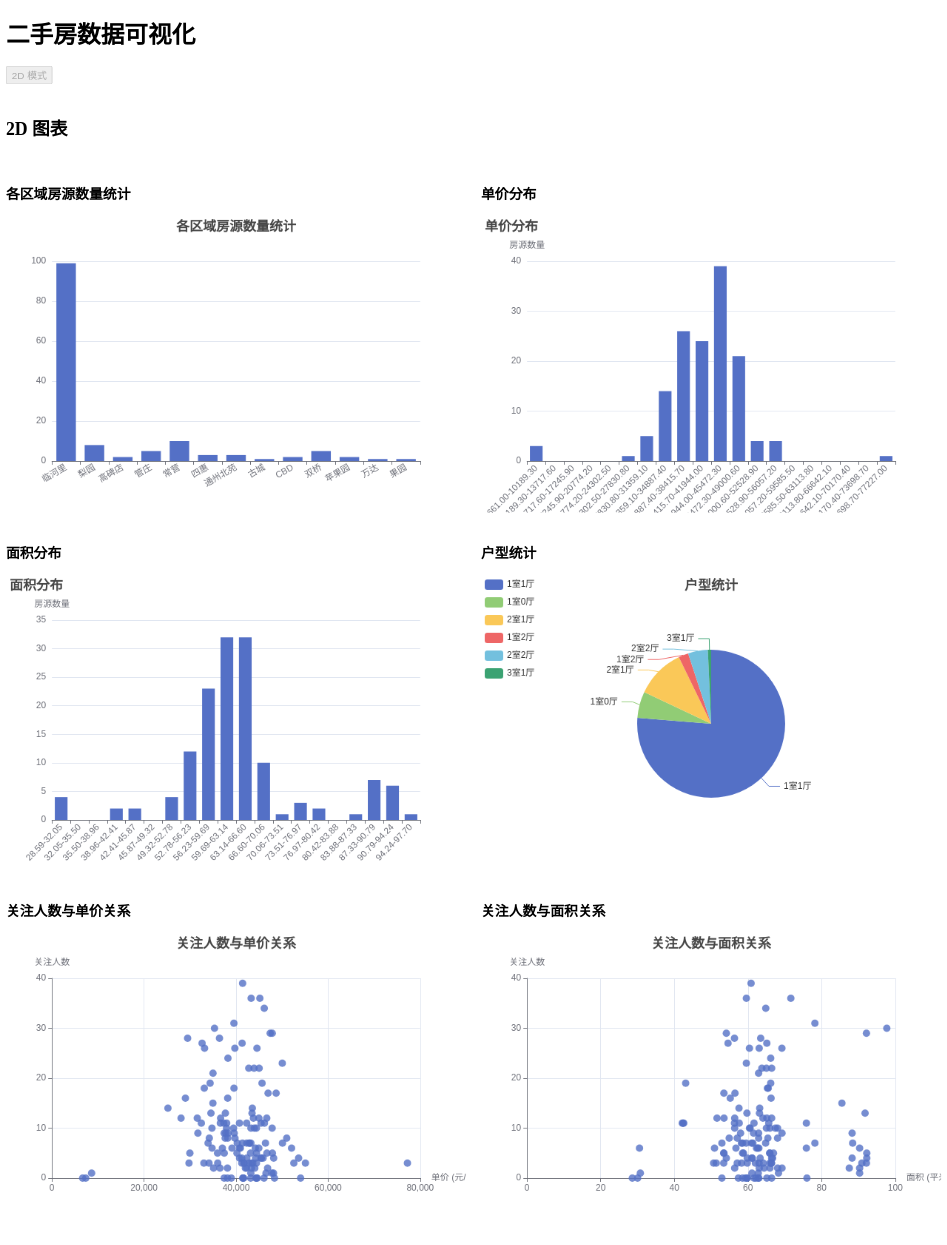
Repository: sakimi-9/DPV-SHP_BeiJing
Page: / (app in py_crawler/rendering/)
The author's editor kept a copy of each file at every save. The page is drawn from the files as they stood at one save, then again after the next save.
The browser window is 1280 px wide. The pictures show the whole page, at 74% of full size.
The project was rebuilt for these pictures with package versions that can differ from the ones it lists, and the page was loaded fresh each time. Also part of the build but not shown: py_crawler/rendering/vite.config.ts.

Above is the page before, as saved 2025-05-22 15:51:03.

### py_crawler/rendering/index.html
<!DOCTYPE html>
<html lang="en">

<head>
    <meta charset="UTF-8">
    <link rel="icon" href="/favicon.ico">
    <meta name="viewport" content="width=device-width, initial-scale=1.0">
    <title>二手房数据可视化</title>
</head>

<body>
    <div id="app"></div>
    <script type="module" src="/src/main.ts"></script>
</body>

</html>

### py_crawler/rendering/src/App.vue
<template>
  <div>
    <h1>二手房数据可视化</h1>

    <!-- 模式切换 UI -->
    <div>
      <button @click="currentMode = '2D'" :disabled="currentMode === '2D'">2D 模式</button>
    </div>

    <!-- 2D 图表区域 -->
    <TwoDCharts v-if="currentMode === '2D'" :house-data="houseData" />
  </div>
</template>

<script setup lang="ts">
import { ref, onMounted } from 'vue';

// 导入新组件
import TwoDCharts from './components/TwoDCharts.vue';

// 定义解析后的房源数据接口 (保留接口定义，添加经纬度)
interface ParsedHouse {
  房源标题: string;
  室: number | null;
  厅: number | null;
  面积: number | null; // 平米
  朝向: string | null;
  装修: string | null;
  楼层信息: string | null; // 例如 "中楼层"
  总楼层: number | null;
  建筑年份: number | null; // 例如 2012
  建筑类型: string | null; // 例如 "板塔结合"
  小区名称: string | null;
  所在区域: string | null; // 例如 "临河里"
  单价: number | null; // 元/平
  关注人数: number | null;
  发布时间: string | null; // 例如 "2个月以前发布"
  标签: string[];
  // 添加经纬度信息
  location?: { lng: number; lat: number };
}

// 数据解析函数 (修改：查找并添加经纬度)
function parseHouseData(rawData: any[]): ParsedHouse[] {
  const parsedData: ParsedHouse[] = [];

  rawData.forEach(item => {
    const parsedItem: ParsedHouse = {
      房源标题: item['房源'] || '',
      室: null,
      厅: null,
      面积: null,
      朝向: null,
      装修: null,
      楼层信息: null,
      总楼层: null,
      建筑年份: null,
      建筑类型: null,
      小区名称: null,
      所在区域: null,
      单价: null,
      关注人数: null,
      发布时间: item['关注人数和发布时间'] ? item['关注人数和发布时间'].split(' / ')[1]?.trim() || null : null,
      标签: item['标签'] ? item['标签'].split(' ').filter((tag: string) => tag.trim() !== '') : [],
    };

    const houseInfoParts = item['房子信息'] ? item['房子信息'].split(' | ').map((part: string) => part.trim()) : [];
    houseInfoParts.forEach((part: string) => {
      if (part.includes('室') && part.includes('厅')) {
        const match = part.match(/(\d+)室(\d+)厅/);
        if (match) {
          parsedItem.室 = parseInt(match[1], 10);
          parsedItem.厅 = parseInt(match[2], 10);
        }
      } else if (part.includes('平米')) {
        const match = part.match(/([\d\.]+)平米/);
        if (match) {
          parsedItem.面积 = parseFloat(match[1]);
        }
      } else if (part.includes('层') && part.includes('共')) {
        const match = part.match(/(.+)\(共(\d+)层\)/);
        if (match) {
          parsedItem.楼层信息 = match[1].trim();
          parsedItem.总楼层 = parseInt(match[2], 10);
        } else {
          const totalFloorsMatch = part.match(/(\d+)层/);
          if (totalFloorsMatch) {
            parsedItem.总楼层 = parseInt(totalFloorsMatch[1], 10);
          }
        }
      } else if (part.match(/\d{4}年/)) {
        parsedItem.建筑年份 = parseInt(part, 10);
      } else if (part === '板楼' || part === '塔楼' || part === '板塔结合') {
        parsedItem.建筑类型 = part;
      } else if (['东', '南', '西', '北', '东南', '东北', '西南', '西北'].some(dir => part.includes(dir))) {
        parsedItem.朝向 = part;
      } else if (['毛坯', '简装', '精装', '其他'].some(dec => part.includes(dec))) {
        parsedItem.装修 = part;
      }
    });

    const areaParts = item['所在区域'] ? item['所在区域'].split('  ').map((part: string) => part.trim()) : [];
    if (areaParts.length > 0) {
      parsedItem.小区名称 = areaParts[0];
      if (areaParts.length > 1) {
        parsedItem.所在区域 = areaParts[1];
      }
    }

    const priceMatch = item['单价'] ? item['单价'].replace(',', '').match(/([\d\.]+)元\/平/) : null;
    if (priceMatch) {
      parsedItem.单价 = parseFloat(priceMatch[1]);
    }

    const followTimeParts = item['关注人数和发布时间'] ? item['关注人数和发布时间'].split(' / ').map((part: string) => part.trim()) : [];
    if (followTimeParts.length > 0) {
      const followMatch = followTimeParts[0].match(/(\d+)人关注/);
      if (followMatch) {
        parsedItem.关注人数 = parseInt(followMatch[1], 10);
      }
    }

    parsedData.push(parsedItem);
  });

  return parsedData; // Return all parsed data
}

// Define a ref to store the parsed data
const houseData = ref<ParsedHouse[] | null>(null);

// 定义当前模式状态
const currentMode = ref<'2D'>('2D'); // Only 2D mode is available now

// 数据加载逻辑 (修改：先加载经纬度，再加载房源数据)
onMounted(async () => {
  try {
    const response = await fetch('/house_data.json');
    if (!response.ok) {
      throw new Error(`HTTP error! status: ${response.status}`);
    }
    const rawHouseData = await response.json();
    // 解析房源数据时传入经纬度 Map
    houseData.value = parseHouseData(rawHouseData);

    console.log('解析后的数据并存储:', houseData.value);

  } catch (error) {
    console.error('Error loading or processing data:', error);
  }
});

// 显式导出响应式变量 (可能有助于类型检查)
// export { houseData, currentMode };

</script>

<style scoped>
/* 只保留 App.vue 自己的样式 */
div {
  margin-bottom: 20px;
}

button {
  margin-right: 10px;
}

/* 移除迁移到 TwoDCharts.vue 的样式 */
</style>

### py_crawler/rendering/src/components/TwoDCharts.vue
<template>
    <div class="charts-2d-container">
        <h2>2D 图表</h2>

        <!-- 各区域房源数量统计 和 单价分布直方图 -->
        <div class="chart-row">
            <div class="chart-item">
                <h3>各区域房源数量统计</h3>
                <div ref="areaChartContainer" style="width: 100%; height: 400px;"></div>
            </div>
            <div class="chart-item">
                <h3>单价分布</h3>
                <div ref="priceHistContainer" style="width: 100%; height: 400px;"></div>
            </div>
        </div>

        <!-- 面积分布直方图 和 户型统计 -->
        <div class="chart-row">
            <div class="chart-item">
                <h3>面积分布</h3>
                <div ref="areaHistContainer" style="width: 100%; height: 400px;"></div>
            </div>
            <div class="chart-item">
                <h3>户型统计</h3>
                <div ref="unitTypeChartContainer" style="width: 100%; height: 400px;"></div>
            </div>
        </div>

        <!-- 关注人数与单价散点图 和 关注人数与面积散点图 -->
        <div class="chart-row">
            <div class="chart-item">
                <h3>关注人数与单价关系</h3>
                <div ref="followPriceScatterContainer" style="width: 100%; height: 400px;"></div>
            </div>
            <div class="chart-item">
                <h3>关注人数与面积关系</h3>
                <div ref="followAreaScatterContainer" style="width: 100%; height: 400px;"></div>
            </div>
        </div>

    </div>
</template>

<script setup lang="ts">
import { ref, onMounted, watch } from 'vue';
import * as echarts from 'echarts/core';
// Import the necessary components and charts
import { BarChart, PieChart, ScatterChart } from 'echarts/charts';
import { GridComponent, TooltipComponent, LegendComponent, TitleComponent } from 'echarts/components';
import { CanvasRenderer } from 'echarts/renderers';

echarts.use([
    BarChart,
    PieChart,
    ScatterChart,
    GridComponent,
    TooltipComponent,
    LegendComponent,
    TitleComponent,
    CanvasRenderer,
]);

// 定义解析后的房源数据接口
interface ParsedHouse {
    房源标题: string;
    室: number | null;
    厅: number | null;
    面积: number | null; // 平米
    朝向: string | null;
    装修: string | null;
    楼层信息: string | null; // 例如 "中楼层"
    总楼层: number | null;
    建筑年份: number | null; // 例如 2012
    建筑类型: string | null; // 例如 "板塔结合"
    小区名称: string | null;
    所在区域: string | null; // 例如 "临河里"
    单价: number | null; // 元/平
    关注人数: number | null;
    发布时间: string | null; // 例如 "2个月以前发布"
    标签: string[];
}

// 定义接收的 props
const props = defineProps<{ houseData: ParsedHouse[] | null }>();

// 定义图表容器的引用
const areaChartContainer = ref<HTMLElement | null>(null);
const priceHistContainer = ref<HTMLElement | null>(null);
const areaHistContainer = ref<HTMLElement | null>(null);
const unitTypeChartContainer = ref<HTMLElement | null>(null);
const followPriceScatterContainer = ref<HTMLElement | null>(null);
const followAreaScatterContainer = ref<HTMLElement | null>(null);

// 绘制各区域房源数量统计图
function renderAreaChart(chartElement: HTMLElement, data: ParsedHouse[]) {
    const areaCounts: { [key: string]: number } = {};
    data.forEach((item: ParsedHouse) => {
        if (item.所在区域) {
            areaCounts[item.所在区域] = (areaCounts[item.所在区域] || 0) + 1;
        }
    });

    const areas = Object.keys(areaCounts);
    const counts = Object.values(areaCounts);

    const myChart = echarts.init(chartElement);
    const option = {
        title: {
            text: '各区域房源数量统计',
            left: 'center'
        },
        tooltip: {},
        xAxis: {
            type: 'category',
            data: areas,
            axisLabel: { // 旋转 x 轴标签，避免重叠
                interval: 0,
                rotate: 30,
                overflow: 'breakAll',
                ellipsis: '...'
            }
        },
        yAxis: {
            type: 'value'
        },
        series: [
            {
                name: '房源数量',
                type: 'bar',
                data: counts
            }
        ]
    };
    myChart.setOption(option);
}

// Function to draw the unit price distribution histogram
const drawUnitPriceDistributionChart = (chartElement: HTMLElement, parsedData: ParsedHouse[]) => {
    const prices = parsedData
        .map(house => house.单价)
        .filter((price): price is number => price !== null && !isNaN(price)); // Filter out null/NaN values

    if (prices.length === 0) {
        console.warn("No valid price data to draw histogram.");
        echarts.dispose(chartElement);
        chartElement.innerHTML = '<p>暂无单价分布数据</p>';
        return;
    }

    const numBins = 20;
    const minPrice = Math.min(...prices);
    const maxPrice = Math.max(...prices);
    const binRange = (maxPrice - minPrice) / numBins;

    const bins: { interval: [number, number], count: number }[] = [];
    for (let i = 0; i < numBins; i++) {
        bins.push({ interval: [minPrice + i * binRange, minPrice + (i + 1) * binRange], count: 0 });
    }

    if (maxPrice > bins[numBins - 1].interval[1]) {
        bins[numBins - 1].interval[1] = maxPrice;
    }


    prices.forEach(price => {
        for (let i = 0; i < numBins; i++) {
            if (price >= bins[i].interval[0] && (price < bins[i].interval[1] || (i === numBins - 1 && price <= bins[i].interval[1]))) {
                bins[i].count++;
                break;
            }
        }
    });

    const chart = echarts.init(chartElement);
    const options = {
        title: { text: '单价分布' },
        tooltip: {
            formatter: function (params: any) {
                const bin = bins.find(b => `${b.interval[0].toFixed(2)}-${b.interval[1].toFixed(2)}` === params.name);
                if (bin) {
                    return `单价范围: ${bin.interval[0].toFixed(2)}-${bin.interval[1].toFixed(2)}<br/>房源数量: ${bin.count}`;
                }
                return params.name + '<br/>' + params.seriesName + ': ' + params.value;
            }
        },
        xAxis: {
            type: 'category',
            data: bins.map(bin => `${bin.interval[0].toFixed(2)}-${bin.interval[1].toFixed(2)}`),
            axisLabel: {
                interval: 0,
                rotate: 45,
                overflow: 'breakAll',
                ellipsis: '...'
            }
        },
        yAxis: { type: 'value', name: '房源数量' },
        series: [{
            name: '房源数量',
            data: bins.map(bin => bin.count),
            type: 'bar'
        }]
    };
    chart.setOption(options);
};

// Function to draw the size distribution histogram
const drawSizeDistributionChart = (chartElement: HTMLElement, parsedData: ParsedHouse[]) => {
    const sizes = parsedData
        .map(house => house.面积)
        .filter((size): size is number => size !== null && !isNaN(size)); // Filter out null/NaN values

    if (sizes.length === 0) {
        console.warn("No valid size data to draw histogram.");
        echarts.dispose(chartElement);
        chartElement.innerHTML = '<p>暂无面积分布数据</p>';
        return;
    }

    const numBins = 20;
    const minSize = Math.min(...sizes);
    const maxSize = Math.max(...sizes);
    const binRange = (maxSize - minSize) / numBins;

    const bins: { interval: [number, number], count: number }[] = [];
    for (let i = 0; i < numBins; i++) {
        bins.push({ interval: [minSize + i * binRange, minSize + (i + 1) * binRange], count: 0 });
    }

    if (maxSize > bins[numBins - 1].interval[1]) {
        bins[numBins - 1].interval[1] = maxSize;
    }


    sizes.forEach(size => {
        for (let i = 0; i < numBins; i++) {
            if (size >= bins[i].interval[0] && (size < bins[i].interval[1] || (i === numBins - 1 && size <= bins[i].interval[1]))) {
                bins[i].count++;
                break;
            }
        }
    });


    const chart = echarts.init(chartElement);
    const options = {
        title: { text: '面积分布' },
        tooltip: {
            formatter: function (params: any) {
                const bin = bins.find(b => `${b.interval[0].toFixed(2)}-${b.interval[1].toFixed(2)}` === params.name);
                if (bin) {
                    return `面积范围: ${bin.interval[0].toFixed(2)}-${bin.interval[1].toFixed(2)}<br/>房源数量: ${bin.count}`;
                }
                return params.name + '<br/>' + params.seriesName + ': ' + params.value;
            }
        },
        xAxis: {
            type: 'category',
            data: bins.map(bin => `${bin.interval[0].toFixed(2)}-${bin.interval[1].toFixed(2)}`),
            axisLabel: {
                interval: 0,
                rotate: 45,
                overflow: 'breakAll',
                ellipsis: '...'
            }
        },
        yAxis: { type: 'value', name: '房源数量' },
        series: [{
            name: '房源数量',
            data: bins.map(bin => bin.count),
            type: 'bar'
        }]
    };
    chart.setOption(options);
};

// 绘制户型统计图 (饼图示例)
function renderUnitTypeChart(chartElement: HTMLElement, data: ParsedHouse[]) {
    const unitTypeCounts: { [key: string]: number } = {};
    data.forEach((item: ParsedHouse) => {
        if (item.室 !== null && item.厅 !== null) {
            const unitType = `${item.室}室${item.厅}厅`;
            unitTypeCounts[unitType] = (unitTypeCounts[unitType] || 0) + 1;
        } else if (item.室 !== null) { // 只有室的情况
            const unitType = `${item.室}室`;
            unitTypeCounts[unitType] = (unitTypeCounts[unitType] || 0) + 1;
        } else if (item.厅 !== null) { // 只有厅的情况
            const unitType = `${item.厅}厅`;
            unitTypeCounts[unitType] = (unitTypeCounts[unitType] || 0) + 1;
        }
    });

    const chartData = Object.keys(unitTypeCounts).map(type => ({
        name: type,
        value: unitTypeCounts[type]
    }));

    const myChart = echarts.init(chartElement);
    const option = {
        title: {
            text: '户型统计',
            left: 'center'
        },
        tooltip: {
            trigger: 'item'
        },
        legend: {
            orient: 'vertical',
            left: 'left'
        },
        series: [
            {
                name: '户型',
                type: 'pie',
                radius: '50%',
                data: chartData,
                emphasis: {
                    itemStyle: {
                        shadowBlur: 10,
                        shadowOffsetX: 0,
                        shadowColor: 'rgba(0, 0, 0, 0.5)'
                    }
                }
            }
        ]
    };
    myChart.setOption(option);
}

// 绘制关注人数与单价散点图
function renderFollowPriceScatter(chartElement: HTMLElement, data: ParsedHouse[]) {
    const scatterData = data
        .filter(item => item.关注人数 !== null && item.单价 !== null)
        .map(item => [item.单价, item.关注人数]); // [x: 单价, y: 关注人数]

    const myChart = echarts.init(chartElement);
    const option = {
        title: {
            text: '关注人数与单价关系',
            left: 'center'
        },
        tooltip: {
            trigger: 'axis',
            axisPointer: {
                type: 'shadow'
            },
            formatter: function (params: any) {
                const item = params[0];
                const originalItem = data.find(d => d.单价 === item.value[0] && d.关注人数 === item.value[1]);
                if (originalItem) {
                    return `房源: ${originalItem.房源标题}<br/>单价: ${item.value[0]} 元/平<br/>关注人数: ${item.value[1]} 人`;
                } else {
                    return `单价: ${item.value[0]} 元/平<br/>关注人数: ${item.value[1]} 人`;
                }
            }
        },
        xAxis: {
            type: 'value',
            name: '单价 (元/平)',
            axisLabel: {
                formatter: '{value}'
            }
        },
        yAxis: {
            type: 'value',
            name: '关注人数',
            axisLabel: {
                formatter: '{value}'
            }
        },
        series: [
            {
                name: '房源',
                type: 'scatter',
                data: scatterData
            }
        ]
    };
    myChart.setOption(option);
}

// 绘制关注人数与面积散点图
function renderFollowAreaScatter(chartElement: HTMLElement, data: ParsedHouse[]) {
    const scatterData = data
        .filter(item => item.关注人数 !== null && item.面积 !== null)
        .map(item => [item.面积, item.关注人数]); // [x: 面积, y: 关注人数]

    const myChart = echarts.init(chartElement);
    const option = {
        title: {
            text: '关注人数与面积关系',
            left: 'center'
        },
        tooltip: {
            trigger: 'axis',
            axisPointer: {
                type: 'shadow'
            },
            formatter: function (params: any) {
                const item = params[0];
                const originalItem = data.find(d => d.面积 === item.value[0] && d.关注人数 === item.value[1]);
                if (originalItem) {
                    return `房源: ${originalItem.房源标题}<br/>面积: ${item.value[0]} 平米<br/>关注人数: ${item.value[1]} 人`;
                } else {
                    return `面积: ${item.value[0]} 平米<br/>关注人数: ${item.value[1]} 人`;
                }
            }
        },
        xAxis: {
            type: 'value',
            name: '面积 (平米)',
            axisLabel: {
                formatter: '{value}'
            }
        },
        yAxis: {
            type: 'value',
            name: '关注人数',
            axisLabel: {
                formatter: '{value}'
            }
        },
        series: [
            {
                name: '房源',
                type: 'scatter',
                data: scatterData
            }
        ]
    };
    myChart.setOption(option);
}

// Watch for changes in the houseData prop and redraw charts
watch(() => props.houseData, (newData) => {
    if (newData) {
        // Need to wait for the DOM elements to be available
        if (areaChartContainer.value) renderAreaChart(areaChartContainer.value as HTMLElement, newData);
        if (priceHistContainer.value) drawUnitPriceDistributionChart(priceHistContainer.value as HTMLElement, newData);
        if (areaHistContainer.value) drawSizeDistributionChart(areaHistContainer.value as HTMLElement, newData);
        if (unitTypeChartContainer.value) renderUnitTypeChart(unitTypeChartContainer.value as HTMLElement, newData);
        if (followPriceScatterContainer.value) renderFollowPriceScatter(followPriceScatterContainer.value as HTMLElement, newData);
        if (followAreaScatterContainer.value) renderFollowAreaScatter(followAreaScatterContainer.value as HTMLElement, newData);
    }
}, { immediate: true }); // Use immediate: true to draw charts on initial data load

</script>

<style scoped>
.charts-2d-container {
    display: flex;
    flex-direction: column;
    gap: 20px;
}

.chart-row {
    display: flex;
    gap: 20px;
}

.chart-item {
    flex: 1;
    min-width: 0;
}

.chart-item>div {
    width: 100%;
}
</style>

Loaded but not shown: py_crawler/rendering/src/main.ts (common file); py_crawler/rendering/public/house_data.json (1138 lines, source omitted)

After the next save:
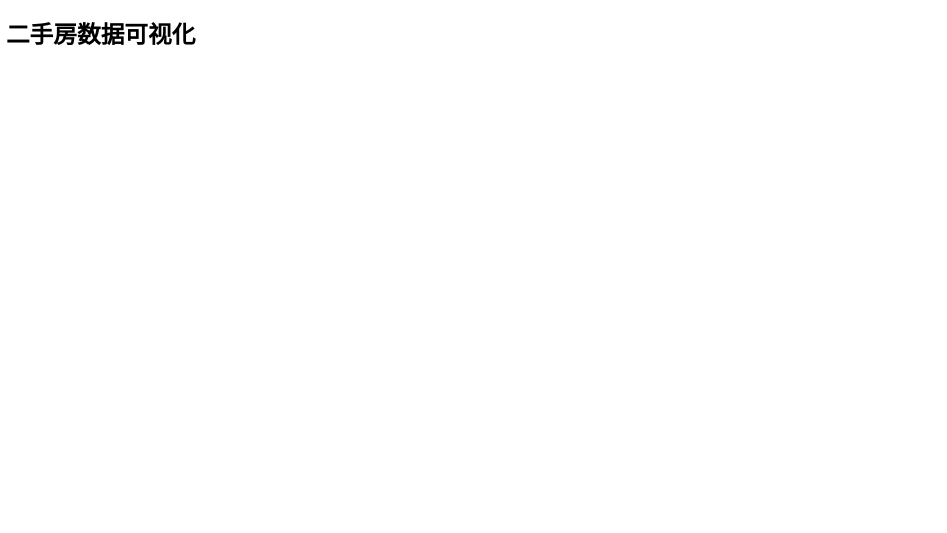
Saved 61 s later.
--- a/py_crawler/rendering/src/App.vue
+++ b/py_crawler/rendering/src/App.vue
@@ -1,14 +1,6 @@
 <template>
   <div>
     <h1>二手房数据可视化</h1>
-
-    <!-- 模式切换 UI -->
-    <div>
-      <button @click="currentMode = '2D'" :disabled="currentMode === '2D'">2D 模式</button>
-    </div>
-
-    <!-- 2D 图表区域 -->
-    <TwoDCharts v-if="currentMode === '2D'" :house-data="houseData" />
   </div>
 </template>
 

After the save that followed:
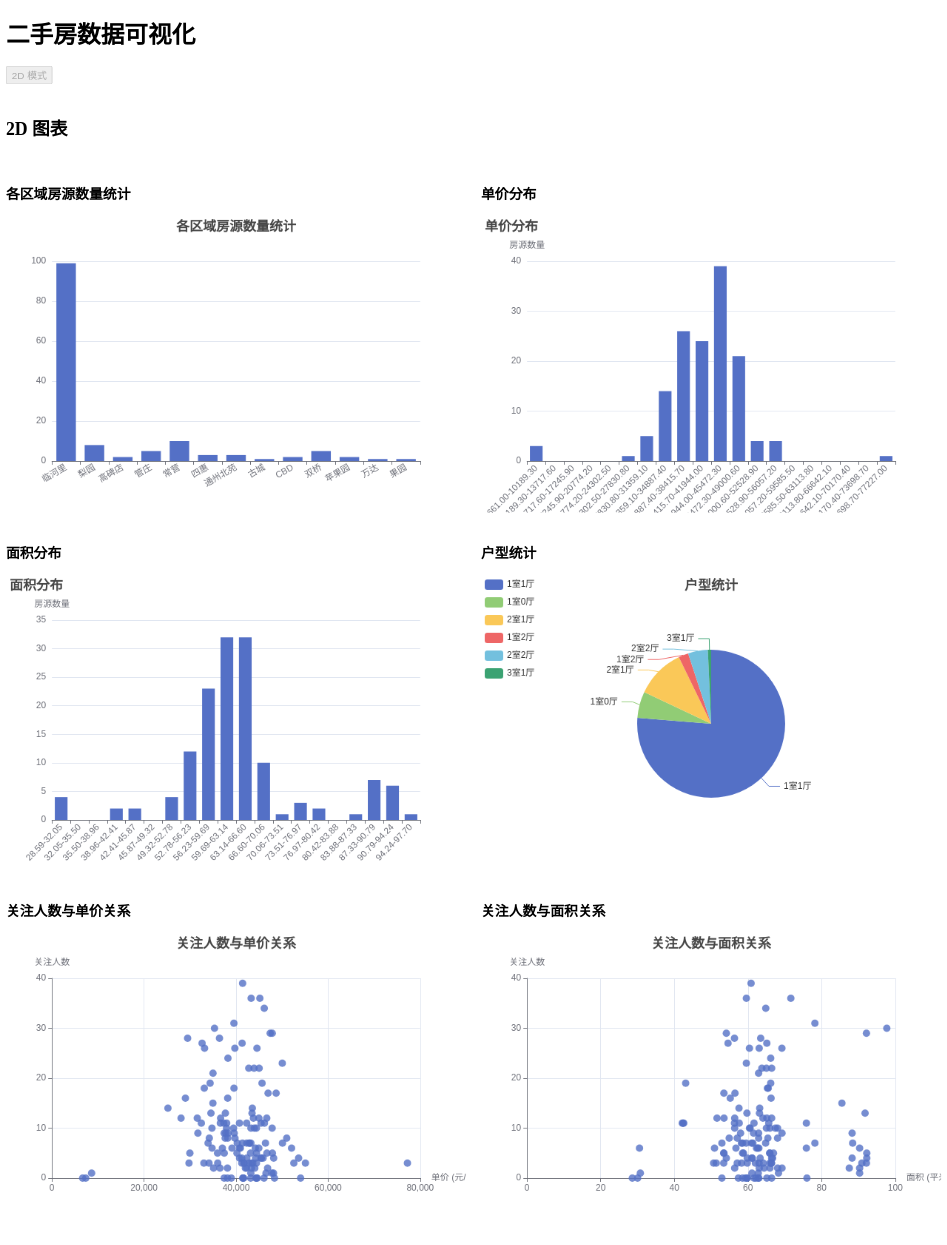
Saved 29 s later.
--- a/py_crawler/rendering/src/App.vue
+++ b/py_crawler/rendering/src/App.vue
@@ -1,6 +1,14 @@
 <template>
   <div>
     <h1>二手房数据可视化</h1>
+
+    <!-- 模式切换 UI -->
+    <div>
+      <button @click="currentMode = '2D'" :disabled="currentMode === '2D'">2D 模式</button>
+    </div>
+
+    <!-- 2D 图表区域 -->
+    <TwoDCharts v-if="currentMode === '2D'" :house-data="houseData" />
   </div>
 </template>
 
